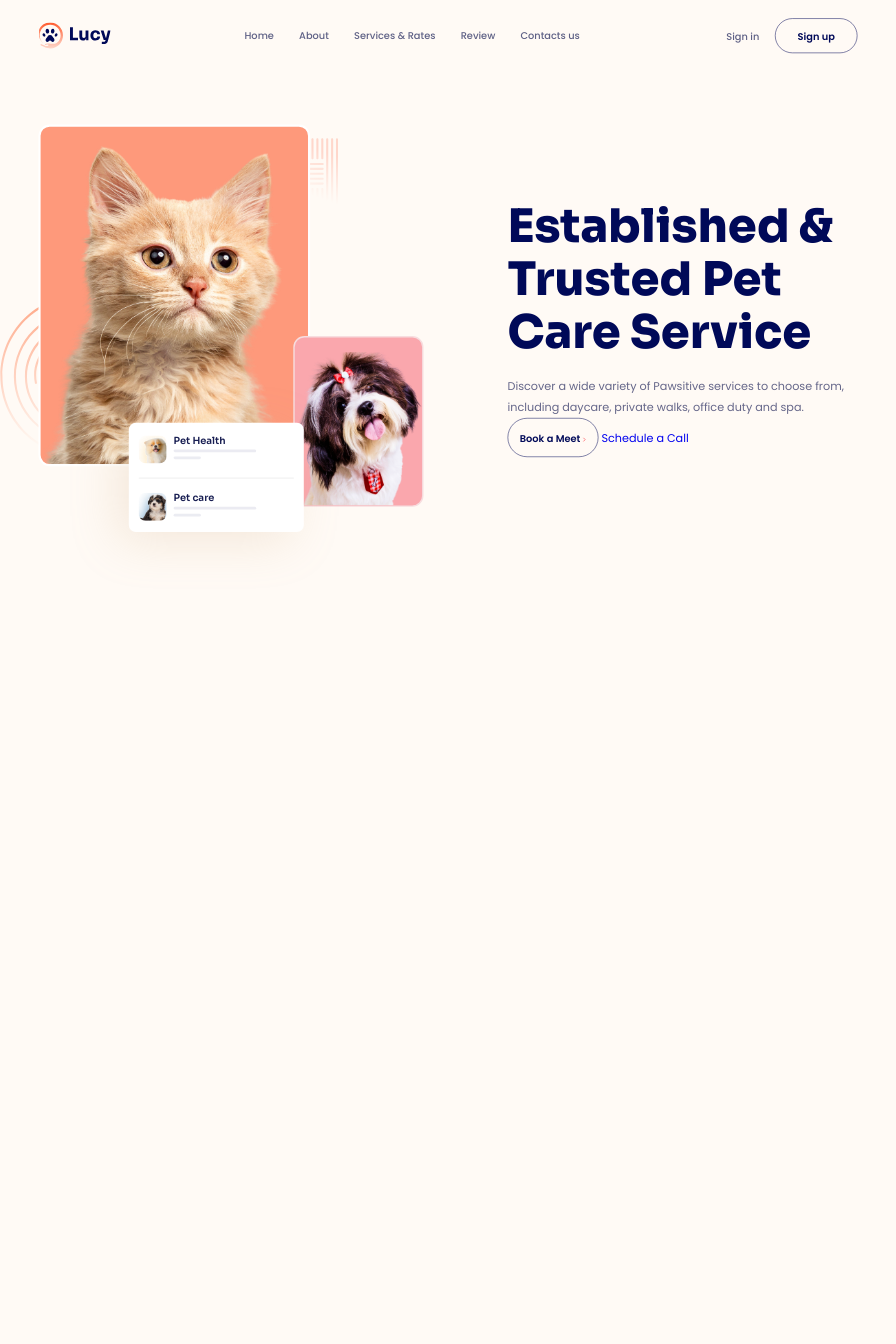
Repository: anhtien111198/f8-htmlcss-04
Page: index.html
These files come from the project's save history. The page is drawn as it stood at one moment and after the next save; the edit follows.
The browser window is 1280 px wide. The pictures show the part of the page from y = 0 to 1920 px (the page is 5000 px tall), at 70% of full size.

Above is the page before, as saved 2023-05-17 12:05:00.

After the next save:
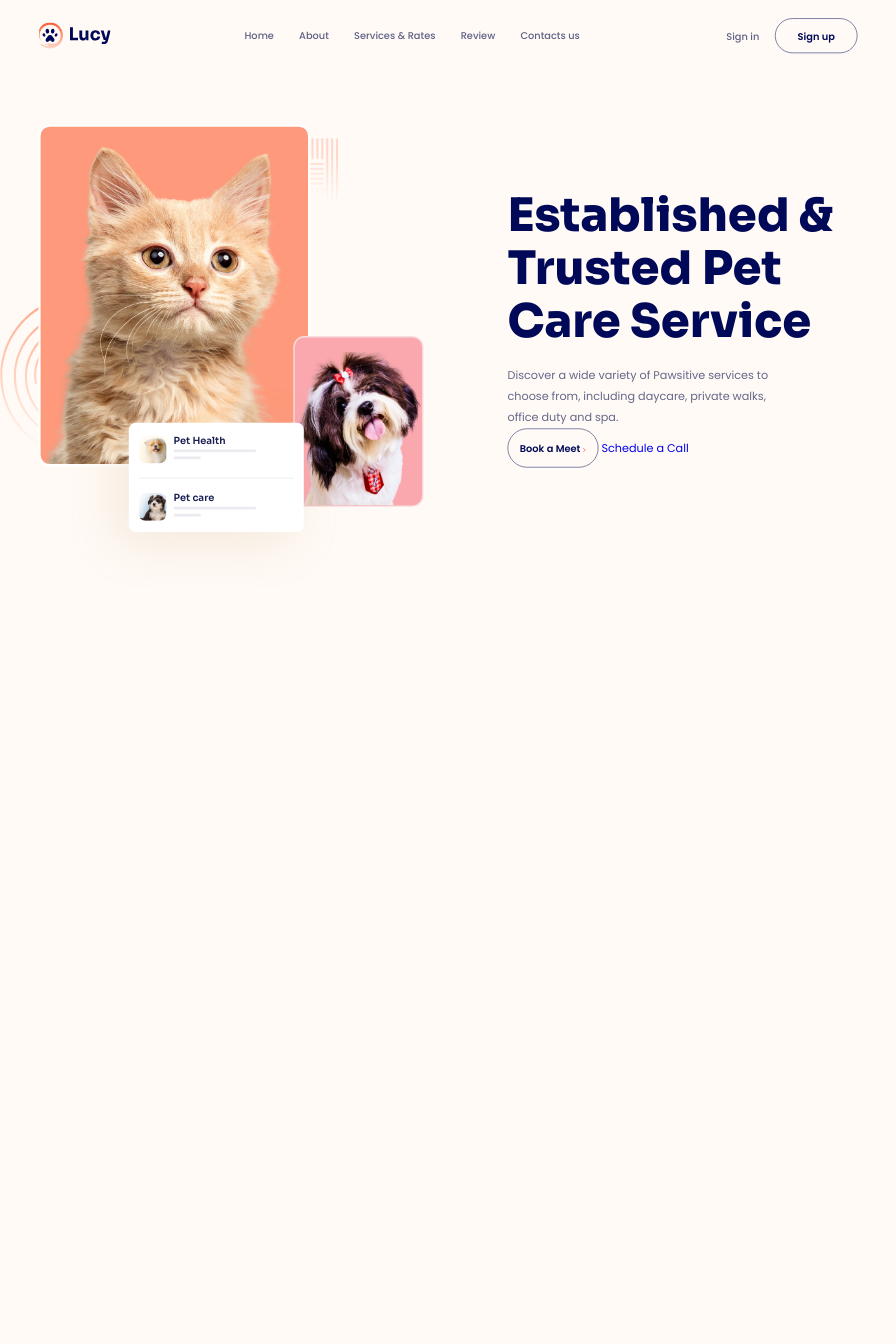
Saved 61 s later.
--- a/assets/css/style.css
+++ b/assets/css/style.css
@@ -190,6 +190,7 @@ select {
 }
 .hero__desc {
     margin-top: 24px;
+    max-width: 391px;
     font-weight: 400;
     font-size: 1.6rem;
     line-height: 1.88;
